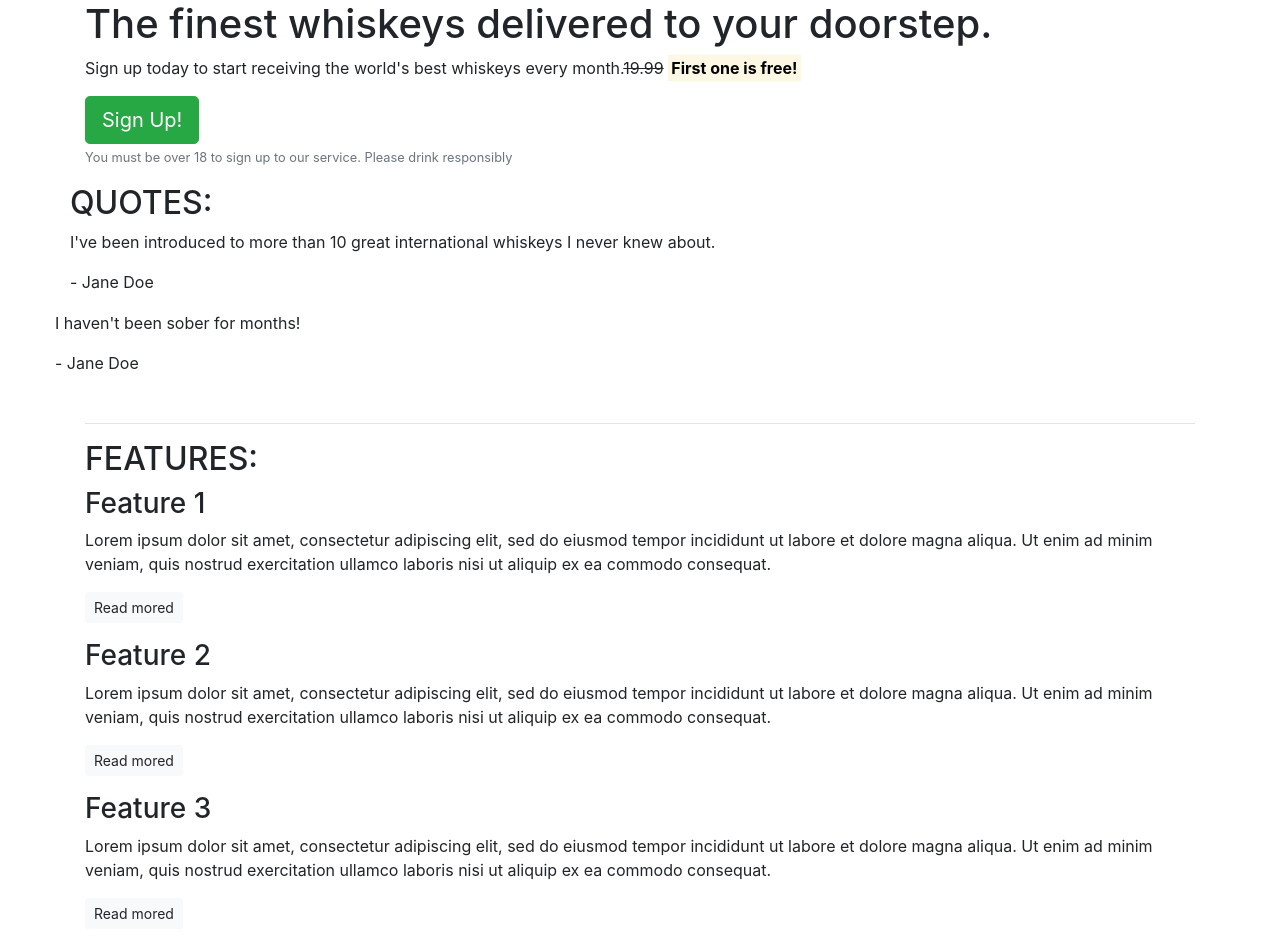
Repository: manub7/bootstrap4-mobile-first
Page: index.html
The author's editor kept a record of every edit. The page is drawn from the files as they stood at one moment, then again after the next edit.
The browser window is 1280 px wide. The pictures show the whole page.

Above is the page before.

### index.html
<!DOCTYPE html>
<html lang="en-us">

<head>
    <meta charset="utf-8">
    <meta name="viewport" content="width=device-width, initial-scale=1.0">
    <title>Whiskey Drop | Taste a new whiskey every month</title>
    <link rel="stylesheet" href="https://maxcdn.bootstrapcdn.com/bootstrap/4.1.3/css/bootstrap.min.css">
</head>

<body>
    <article class="container">
        <!-- Callout -->
        <div class="row">
            <div class="col-12">
                <section class="callout">
                    <h1>The finest whiskeys delivered to your doorstep.</h1>
                    <p clas="lead">Sign up today to start receiving the world's best whiskeys every month.<s>19.99</s> <strong><mark> First one is free!</mark></strong></p>
                    <button class="btn btn-success btn-lg">Sign Up!</button>
                    <p class="text-muted"><small> You must be over 18 to sign up to our service. Please drink responsibly </small></p>
                </section>
            </div>
            <div class="row"></div>
            <!-- /.callout -->
            <hr>

            <!-- Quotes -->
            <section class="quotes">
                <div class="row">
                    <div class="col-12">
                        <h2 class="text-uppercase">Quotes:</h2>
                    </div>
                    <div class="col-12">
                    <blockquote class="quote">
                        <p>I've been introduced to more than 10 great international whiskeys I never knew about.</p>
                        <p>- Jane Doe</p>
                    </blockquote>
                    </div>
                    <div class="col-12"></div>
                    <blockquote class="quote">
                        <p>I haven't been sober for months!</p>
                        <p>- Jane Doe</p>
                        </blockquotes>
                        </div>
                </div>
            </section>
            <!-- /.quotes -->
            <hr>

            <!-- Features -->
            <section class="features">
                <div class="row">
                    <div class="col-12">
                        <h2 class="text-uppercase">Features:</h2>
                    </div>
                </div>
                <div>
                    <div class="feature">
                        <h3>Feature 1</h3>
                        <p>Lorem ipsum dolor sit amet, consectetur adipiscing elit, sed do eiusmod tempor incididunt ut labore et dolore magna aliqua. Ut enim ad minim veniam, quis nostrud exercitation ullamco laboris nisi ut aliquip ex ea commodo consequat.</p>
                        <p><a class="btn btn-sm btn-light">Read mored</a></p>
                    </div>
                    <div class="feature">
                        <h3>Feature 2</h3>
                        <p>Lorem ipsum dolor sit amet, consectetur adipiscing elit, sed do eiusmod tempor incididunt ut labore et dolore magna aliqua. Ut enim ad minim veniam, quis nostrud exercitation ullamco laboris nisi ut aliquip ex ea commodo consequat.</p>
                        <p><a class="btn btn-sm btn-light">Read mored</a></p>
                    </div>
                    <div class="feature">
                        <h3>Feature 3</h3>
                        <p>Lorem ipsum dolor sit amet, consectetur adipiscing elit, sed do eiusmod tempor incididunt ut labore et dolore magna aliqua. Ut enim ad minim veniam, quis nostrud exercitation ullamco laboris nisi ut aliquip ex ea commodo consequat.</p>
                        <p><a class="btn btn-sm btn-light">Read mored</a></p>
                    </div>
                </div>
            </section>
            <!-- /.features -->
    </article>
</body>

</html>

After the next edit:
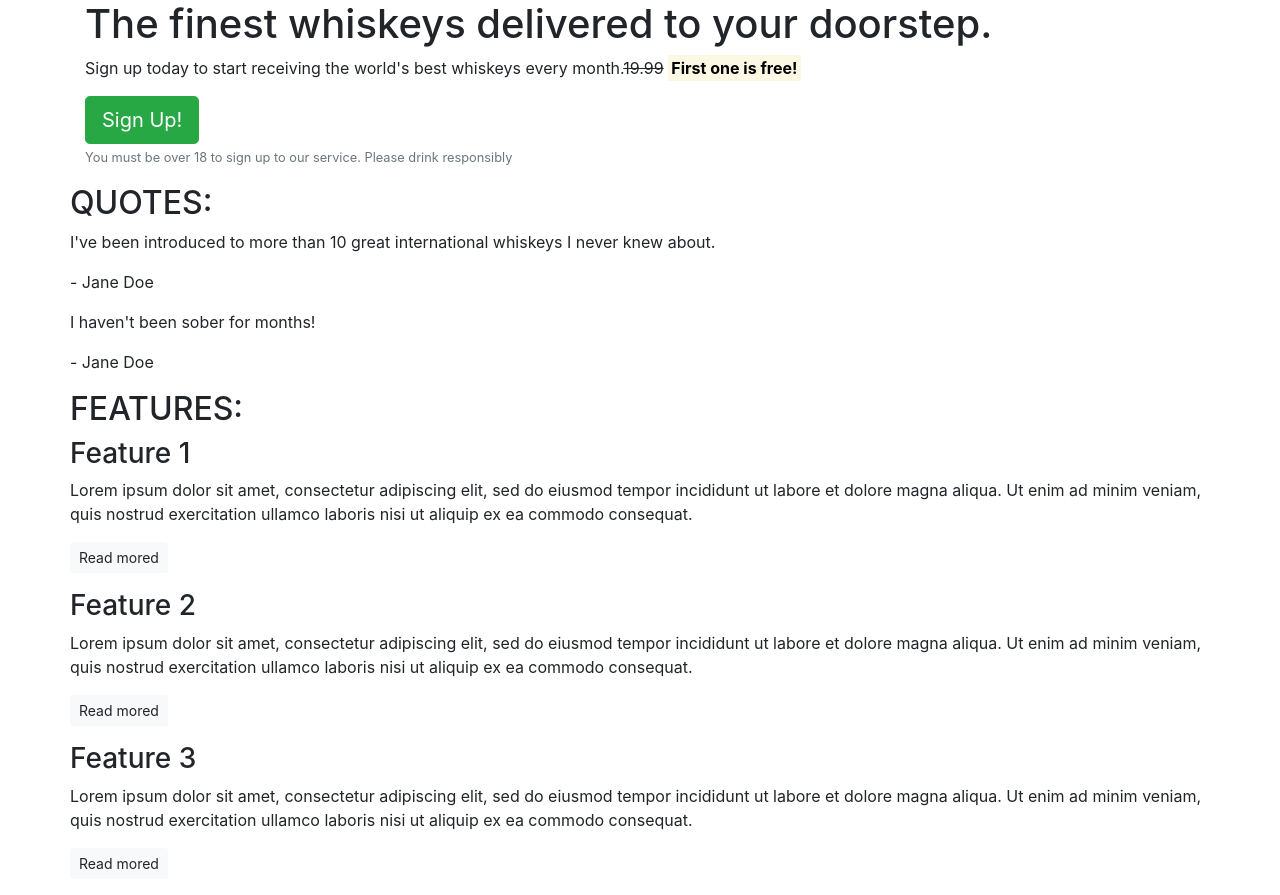
The edit:
--- a/index.html
+++ b/index.html
@@ -31,17 +31,17 @@
                         <h2 class="text-uppercase">Quotes:</h2>
                     </div>
                     <div class="col-12">
-                    <blockquote class="quote">
-                        <p>I've been introduced to more than 10 great international whiskeys I never knew about.</p>
-                        <p>- Jane Doe</p>
-                    </blockquote>
+                        <blockquote class="quote">
+                            <p>I've been introduced to more than 10 great international whiskeys I never knew about.</p>
+                            <p>- Jane Doe</p>
+                        </blockquote>
                     </div>
-                    <div class="col-12"></div>
-                    <blockquote class="quote">
-                        <p>I haven't been sober for months!</p>
-                        <p>- Jane Doe</p>
-                        </blockquotes>
-                        </div>
+                    <div class="col-12">
+                        <blockquote class="quote">
+                            <p>I haven't been sober for months!</p>
+                            <p>- Jane Doe</p>
+                            </blockquotes>
+                    </div>
                 </div>
             </section>
             <!-- /.quotes -->
